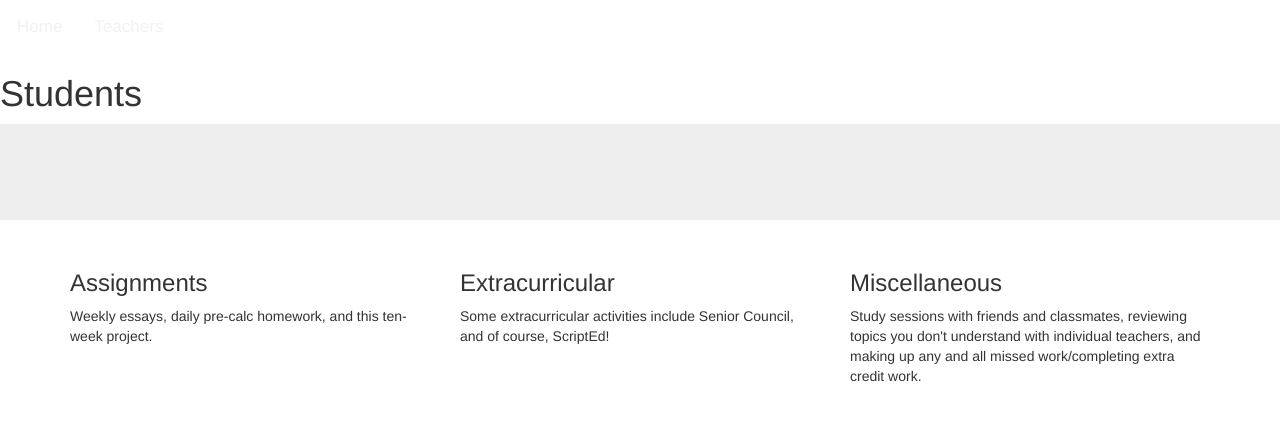
Repository: NiaDavis/studyplanner
Page: students.html
The author's editor kept a record of every edit. The page is drawn from the files as they stood at one moment, then again after the next edit.
The browser window is 1280 px wide. The pictures show the whole page.
Some web libraries are served in a nearby version.

Above is the page before.

### students.html
<!DOCTYPE html>
<html>
  <head>
    <link rel="stylesheet" href="home.css" type="text/css" />
    <meta charset="UTF-8">
    <title>title</title>
    <link rel="stylesheet" href="https://maxcdn.bootstrapcdn.com/bootstrap/3.3.7/css/bootstrap.min.css">
    <script src="https://ajax.googleapis.com/ajax/libs/jquery/3.2.1/jquery.min.js"></script>
    <script src="https://maxcdn.bootstrapcdn.com/bootstrap/3.3.7/js/bootstrap.min.js"></script>
  </head>
  <body>
    <div class="navbar">
      <a href="home.html">Home</a>
      <a href="teachers.html">Teachers</a>
    </div>
    <h1>Students</h1>
    <div class="jumbotron text-center">

    </div>
    <div class="container">
      <div class="row">
        <div class="col-sm-4">
          <h3>Assignments</h3>
          <p>Weekly essays, daily pre-calc homework, and this ten-week project.</p>
        </div>
        <div class="col-sm-4">
          <h3>Extracurricular</h3>
          <p>Some extracurricular activities include Senior Council, and of course, ScriptEd!
</p>
        </div>
        <div class="col-sm-4">
          <h3>Miscellaneous</h3>
          <p>Study sessions with friends and classmates, reviewing topics you don't understand with individual teachers, and making up any and all missed work/completing extra credit work.</p>
        </div>
      </div>
    </div>
  </body>
</html>

### home.css
.background {
    color: blue;
}


ul {
    list-style-type: none;
    margin: 0;
    padding: 0;
    overflow: hidden;
    background-color: #333;
}

li {
    float: left;
}

li a {
    display: block;
    color: white;
    text-align: center;
    padding: 14px 16px;
    text-decoration: none;
}

li a:hover {
    background-color: #111;
}

ul {list-style-type: none;}
body {font-family: Verdana, sans-serif;}

.month {
    padding: 70px 25px;
    background: #1abc9c;
}

.month ul {
    margin: 0;
    padding: 0;
}

.month ul li {
    color: white;
    font-size: 20px;
    text-transform: uppercase;
    letter-spacing: 3px;
}

.month .prev {
    float: left;
    padding-top: 10px;
}

.month .next {
    float: right;
    padding-top: 10px;
}

.weekdays {
    margin: 0;
    padding: 10px 0;
    background-color:#ddd;
}

.weekdays li {
    display: inline-block;
    width: 13.6%;
    color: #666;
    text-align: center;
}

.days {
    padding: 10px 0;
    background: #eee;
    margin: 0;
}

.days li {
    list-style-type: none;
    display: inline-block;
    width: 13.6%;
    text-align: center;
    margin-bottom: 5px;
    font-size:12px;
    color:#777;
}

.days li .active {
    padding: 5px;
    background: #1abc9c;
    color: white !important
}

/* Add a black background color to the top navigation */
.topnav {
    background-color: #1abc9c;
    overflow: hidden;
}

/* Style the links inside the navigation bar */
.navbar a {
    float: left;
    display: block;
    color: #f2f2f2;
    text-align: center;
    padding: 14px 16px;
    text-decoration: none;
    font-size: 17px;
}

/* Change the color of links on hover */
.topnav a:hover {
    background-color: #ddd;
    color: black;
}

/* Add a color to the active/current link */
.topnav a.active {
    background-color: #4CAF50;
    color: white;
}

After the next edit:
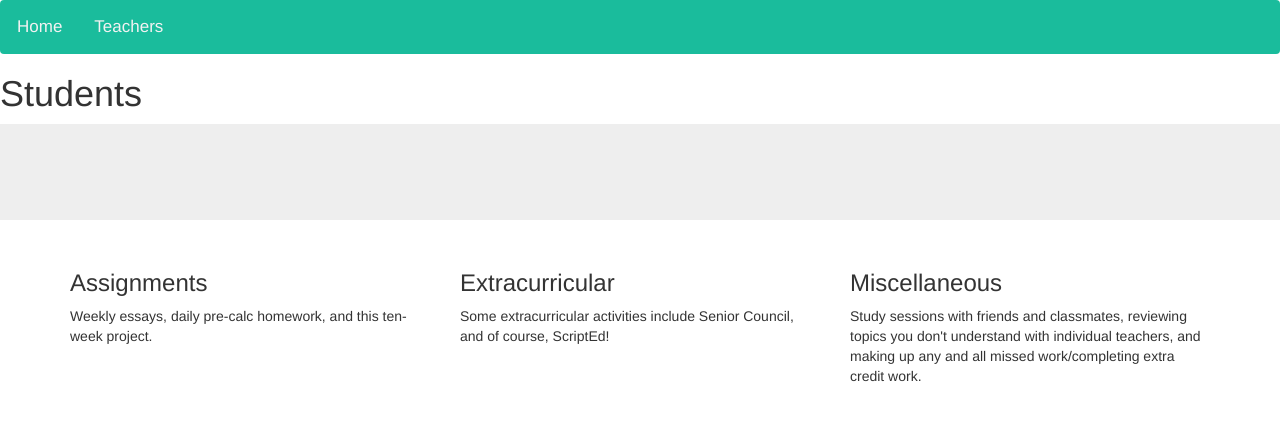
The edit:
--- a/home.css
+++ b/home.css
@@ -93,7 +93,7 @@
 }
 
 /* Add a black background color to the top navigation */
-.topnav {
+.navbar {
     background-color: #1abc9c;
     overflow: hidden;
 }
